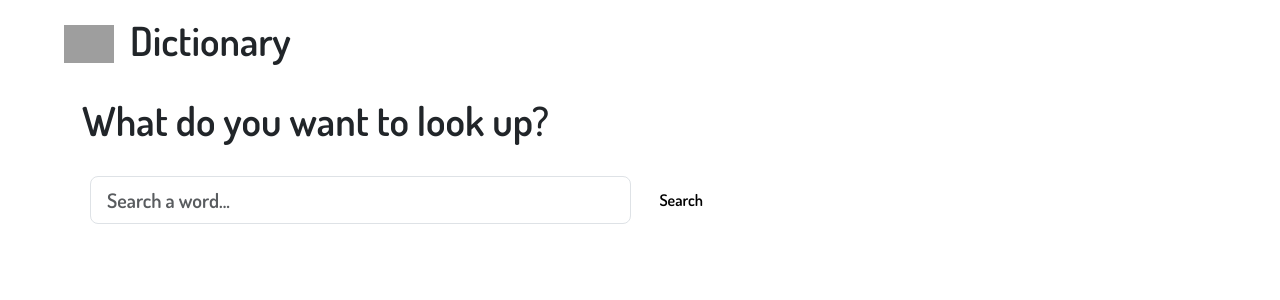
Repository: moehaymanmyint/react-dictionary-app
Page: /
The author's editor kept a copy of each file at every save. The page is drawn from the files as they stood at one save, then again after a run of saves.
The browser window is 1280 px wide. The pictures show the whole page.
The pointer rests on the first visible `.Search .btn`.
Pictures or frames that could not be fetched are drawn as grey boxes. The project was rebuilt for these pictures with package versions that can differ from the ones it lists, and the page was loaded fresh each time. Also part of the build but not shown: src/Synonyms.js, src/Meaning.js, src/Phonetics.js, src/Results.js.

Above is the page before, as saved 2024-09-06 11:57:51.

### public/index.html
<!DOCTYPE html>
<html lang="en">
  <head>
    <meta charset="utf-8" />
    <link rel="icon" href="%PUBLIC_URL%/favicon.ico" />
    <meta name="viewport" content="width=device-width, initial-scale=1" />
    <meta name="theme-color" content="#000000" />
    <meta
      name="description"
      content="Web site created using create-react-app"
    />
    <link rel="apple-touch-icon" href="%PUBLIC_URL%/logo192.png" />
    <!--
      manifest.json provides metadata used when your web app is installed on a
      user's mobile device or desktop. See https://developers.google.com/web/fundamentals/web-app-manifest/
    -->
    <link rel="manifest" href="%PUBLIC_URL%/manifest.json" />
    <!--
      Notice the use of %PUBLIC_URL% in the tags above.
      It will be replaced with the URL of the `public` folder during the build.
      Only files inside the `public` folder can be referenced from the HTML.

      Unlike "/favicon.ico" or "favicon.ico", "%PUBLIC_URL%/favicon.ico" will
      work correctly both with client-side routing and a non-root public URL.
      Learn how to configure a non-root public URL by running `npm run build`.
    -->
    <title>React App</title>
  </head>
  <body>
    <noscript>You need to enable JavaScript to run this app.</noscript>
    <div id="root"></div>
    <!--
      This HTML file is a template.
      If you open it directly in the browser, you will see an empty page.

      You can add webfonts, meta tags, or analytics to this file.
      The build step will place the bundled scripts into the <body> tag.

      To begin the development, run `npm start` or `yarn start`.
      To create a production bundle, use `npm run build` or `yarn build`.
    -->
  </body>
</html>

### src/App.js
import './App.css';
import 'bootstrap/dist/css/bootstrap.css';

import Search from "./Search"

function App() {
  return (
    <div className="App">
      {/* Logo */}
      <div className='logo m-3 mx-5 d-flex align-items-center'>
        <img src="https://th.bing.com/th/id/R.1ebe3e38406a8906121c9769e62adc3e?rik=d1hISy0qiMJ7Hg&pid=ImgRaw&r=0" alt="Logo" className='mx-3'/>
        <h2>Dictionary</h2>
      </div>

      <div className='container'>
        <Search />
      </div>
    </div>
  );
}

export default App;

### src/App.css
@import url('https://fonts.googleapis.com/css2?family=Dosis:wght@600&display=swap');

.App img{
    width: 50px;
}

.App{
    font-family: "Dosis", sans-serif;
}

### src/Search.js
import React, {useState} from "react";
import 'bootstrap/dist/css/bootstrap.css';
import axios from "axios";
import Results from "./Results"
import "./Dictionary.css";

export default function Search(){
    let [word, setWord] = useState('');
    let [results, setResult] = useState(null);

    function handleResponse(response){
        console.log(response.data[0]);
        setResult(response.data[0])
    }

    function handleSubmit(event){
        event.preventDefault();

        //API
        let apiUrl = `https://api.dictionaryapi.dev/api/v2/entries/en_US/${word}`;
        axios.get(apiUrl).then(handleResponse);
    }

    function updateWord(event){
        setWord(event.target.value);
    }

    return (
        <div className="Search">
            <h1 className="my-4">What do you want to look up?</h1>
            <div className="row d-flex">
                <div className="col-7">
                    <form onSubmit={handleSubmit} className="d-flex">
                        <input type="search" className="form-control form-control-lg m-2" value={word} onChange={updateWord} placeholder="Search a word..."/>
                        <input type="submit" value="Search" className="btn btn m-2"/>
                    </form>
                    <section className="meaning">
                        <Results results={results}/>
                    </section>
                </div>
                <div className="col-5">

                </div>
            </div>
        </div>
    );
}

### src/Dictionary.css

.Results .box,
.Meaning{
    background-color: white;
    box-shadow: rgba(100, 100, 111, 0.2) 0px 7px 29px 0px;
    border-radius: 10px;
}

h2{
    font-size: 40px;
    text-transform: capitalize;
}

p{
    font-size: 18px;
}

.Search .btn{
    background: linear-gradient(177.9deg, rgb(58, 62, 88) 3.6%, rgb(119, 127, 148) 105.8%);
    border: none;
    color: white;
    transition: 0.5s;
}

.Search .btn:hover{
    background: white;
    color: black;
    opacity: 0.2s;
}

Loaded but not shown: src/index.js (common file); src/index.css (common file); src/reportWebVitals.js (common file); public/manifest.json (common file)

After the next 2 saves:
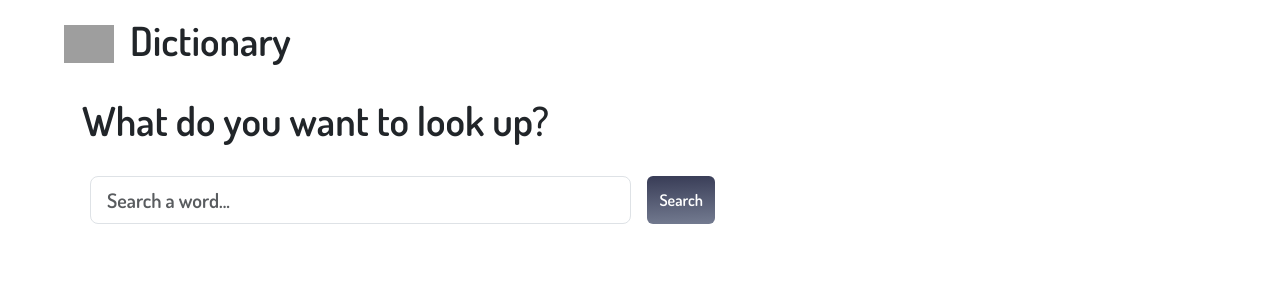
The 2 saves are shown as one change because they came seconds apart.
The last was saved 7 s later.
--- a/src/Dictionary.css
+++ b/src/Dictionary.css
@@ -23,7 +23,7 @@ p{
 }
 
 .Search .btn:hover{
-    background: white;
-    color: black;
-    opacity: 0.2s;
+    /* background: white;
+    color: black; */
+    opacity: 0.5s;
 }
